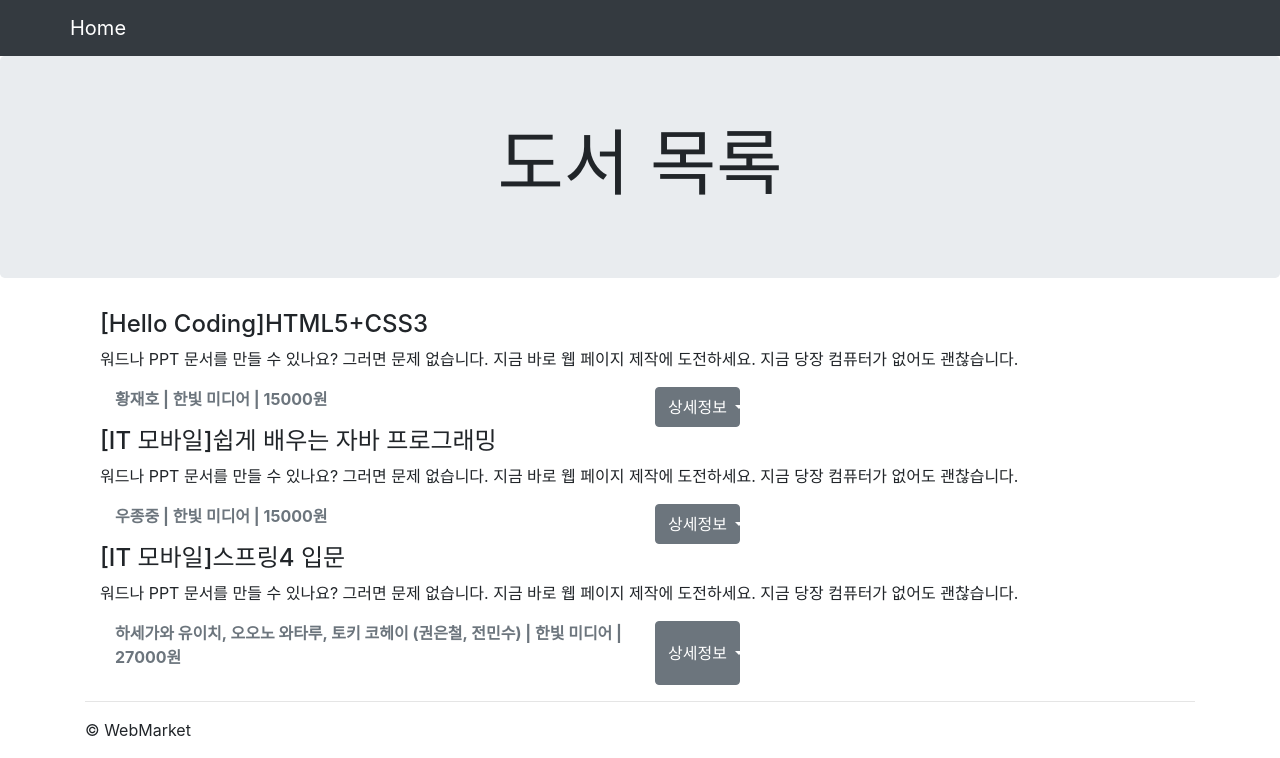
Repository: freedomseok8047/jsp
Page: http://localhost/BookMarket/books.jsp
The author's editor kept a copy of each file at every save. The page is drawn from the files as they stood at one save, then again after the next save.
The browser window is 1280 px wide. The pictures show the whole page.
The page is served by Tomcat 9.

Above is the page before, as saved 2023-08-24 06:25:02.

After the next save:
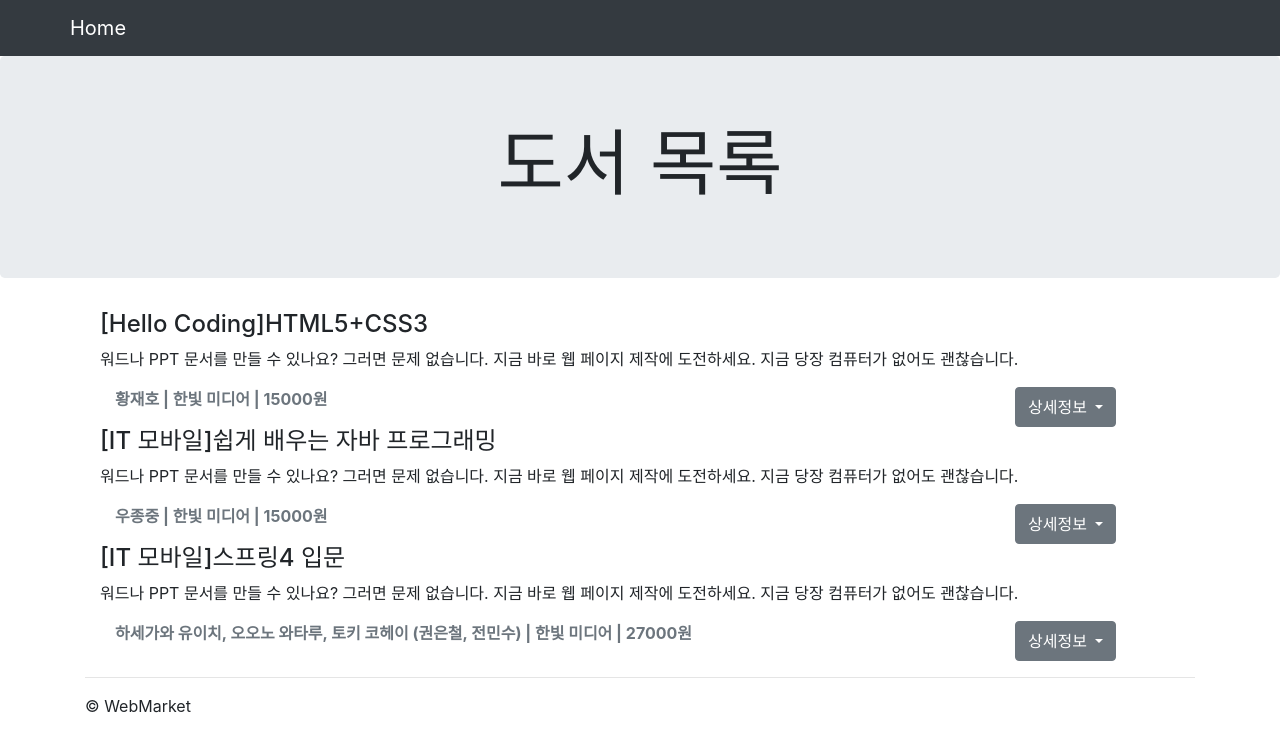
Saved 23 s later.
--- a/BookMarket/src/main/webapp/books.jsp
+++ b/BookMarket/src/main/webapp/books.jsp
@@ -35,8 +35,8 @@
   				<div class="row">
 				<p class="col font-weight-bold text-secondary"><%=book.getAuthor() %> | <%=book.getPublisher() %> | <%=book.getUnitPrice()%>원
 
-				<div class=" col btn-group" role="group">
-    <button id="btnGroupDrop1" type="button" class="btn btn-secondary dropdown-toggle col-lg-2" data-toggle="dropdown" aria-haspopup="true" aria-expanded="false">
+				<div class=" col btn-group col-lg-2" role="group">
+    <button id="btnGroupDrop1" type="button" class="btn btn-secondary dropdown-toggle" data-toggle="dropdown" aria-haspopup="true" aria-expanded="false">
       상세정보
     </button>
     <div class="dropdown-menu" aria-labelledby="btnGroupDrop1">
